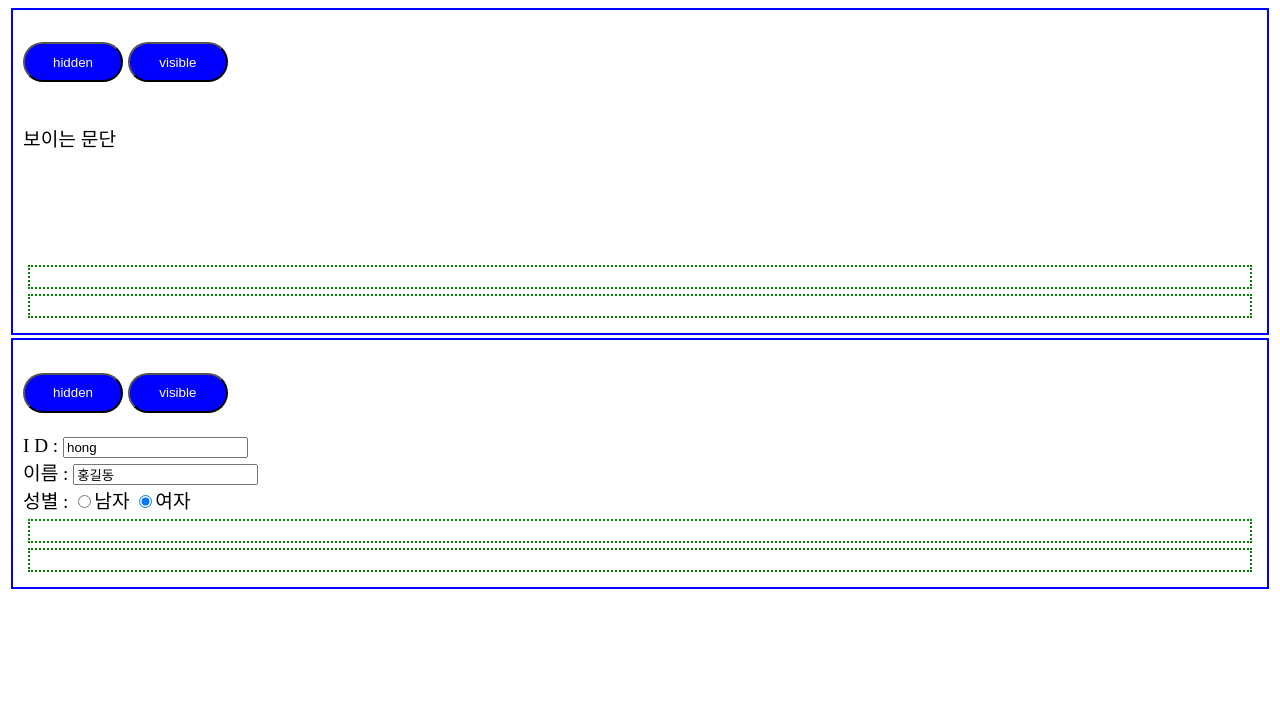
Repository: patternlobe-stack/MY_repository
Page: webpro/src/main/webapp/0915/visible필터.html
The author's editor kept a copy of each file at every save. The page is drawn from the files as they stood at one save, then again after the next save.
The browser window is 1280 px wide. The pictures show the whole page.
After loading, the first visible `#hid2` was clicked once.

Above is the page before, as saved 2025-09-16 05:02:06.
Console error: TypeError: this.text is not a function

### webpro/src/main/webapp/0915/visible필터.html
<!DOCTYPE html>
<html>
<head>
<meta charset="UTF-8">
<title>Insert title here</title>
<link rel="stylesheet"  href="../css/public.css">
<script src="../js/jquery-3.7.1.js"></script>


<script>
$(()=>{
    $('#hid').on('click',()=>{
        let str = "";
        $('p:hidden').each(function(){
            str += $(this).text() + "<br>";
        });
        $("#result1").html(str);
    });

    $('#visi').on('click',function(){
    	let str = "";
    	$('p:visible').each(function(){
    		str +=$(this).text()+"<br>";

    	})
    	$("result2").html(str);
    })
    //---------

    $('#hid2').on('click',function(){

    	let str= "***hidden***<br>";

    	$('#testForm *:hidden').each(function(){
    	// alert(this.tagName);
    	if(this.tagName == "INPUT"){
    		str += ` input : ${$(this).attr('name')} -> ${$(this).val()}<br>`

    	}else{
    		str +=`${this.tagName} : ${this.text()} <br>`


    	}
    	})//반복문
    	$('#result3').html(str);
    })
})
</script>

</head>
<body>
<div class="box">
    <h3></h3>
    <input type="button" id="hid" value="hidden" />
	<input type="button" id="visi" value="visible" />
    <br /><br />

    <p> 보이는 문단</p>
    <p style="visibility:hidden;">숨겨진 문단</p>
    <p style="display:none;"> 자리를 차지 하지 못한 문단 </p>
    <p style="opacity:0;"> 투명한 문단</p>

    <div id="result1"></div>
    <div id="result2"></div>
</div>

<div class="box">
		  <h3></h3>
		  <input type="button" id="hid2" value="hidden" />
		<input type="button" id="visi2" value="visible" />
		 <br /><br />
		<form id="testForm">
		<input type="hidden" name="userAge" value="33">
		<input type="hidden" name="userCity" value="대전">

		I D : <input type="text" name="userID" value="hong">
		<span style="display:none">ID가 중복됩니다. </span> <br>
		이름 : <input type="text" name="userName" value="홍길동">
		<span style="visibility:hidden">이름을 입력하세요</span><br>

		성별 : <input type="radio" name="sung" value="남" >남자
		<input type="radio" name="sung" value="여" checked>여자
	</form>

    <div id="result3"></div>
    <div id="result4"></div>
</div>
</body>
</html>

### webpro/src/main/webapp/css/public.css
@charset "UTF-8";

pre {
  border: 5px inset red;
  margin: 20px;
  padding: 10px;
  font-size: 1.3rem;
}
div {
  border: 2px dotted green;
  padding: 10px;
  margin: 5px;
  font-size: 1.2rem;
}

.box {
  border: 2px solid blue;
  margin: 3px;
  padding: 10px;
}
.box input[type="button"],
.box input[type="submit"] {
  background: blue;
  color: white;
  width: 100px;
  height: 40px;
  border-radius: 50px;
}

Loaded but not shown: webpro/src/main/webapp/js/jquery-3.7.1.js (library)

After the next save:
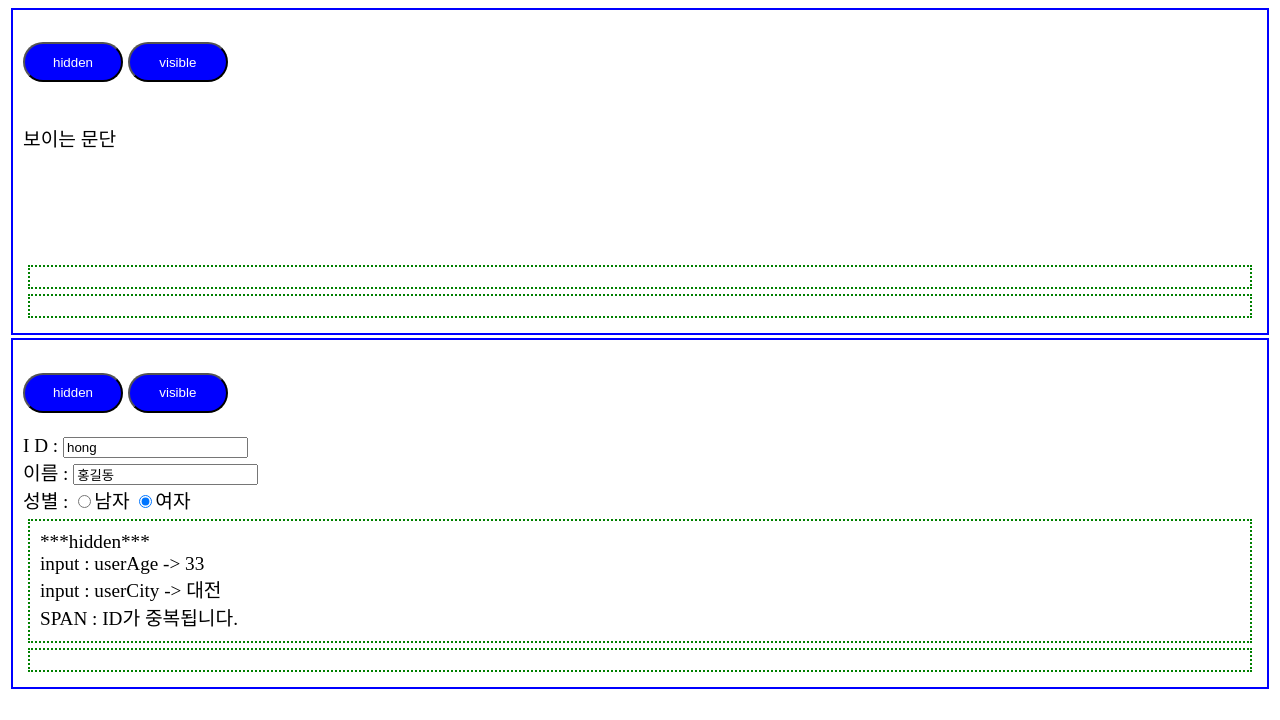
The error is gone.
Saved 15 s later.
--- a/webpro/src/main/webapp/0915/visible필터.html
+++ b/webpro/src/main/webapp/0915/visible필터.html
@@ -37,7 +37,7 @@ $(()=>{
     		str += ` input : ${$(this).attr('name')} -> ${$(this).val()}<br>`
 
     	}else{
-    		str +=`${this.tagName} : ${this.text()} <br>`
+    		str +=`${this.tagName} : ${$(this).text()} <br>`
 
 
     	}
